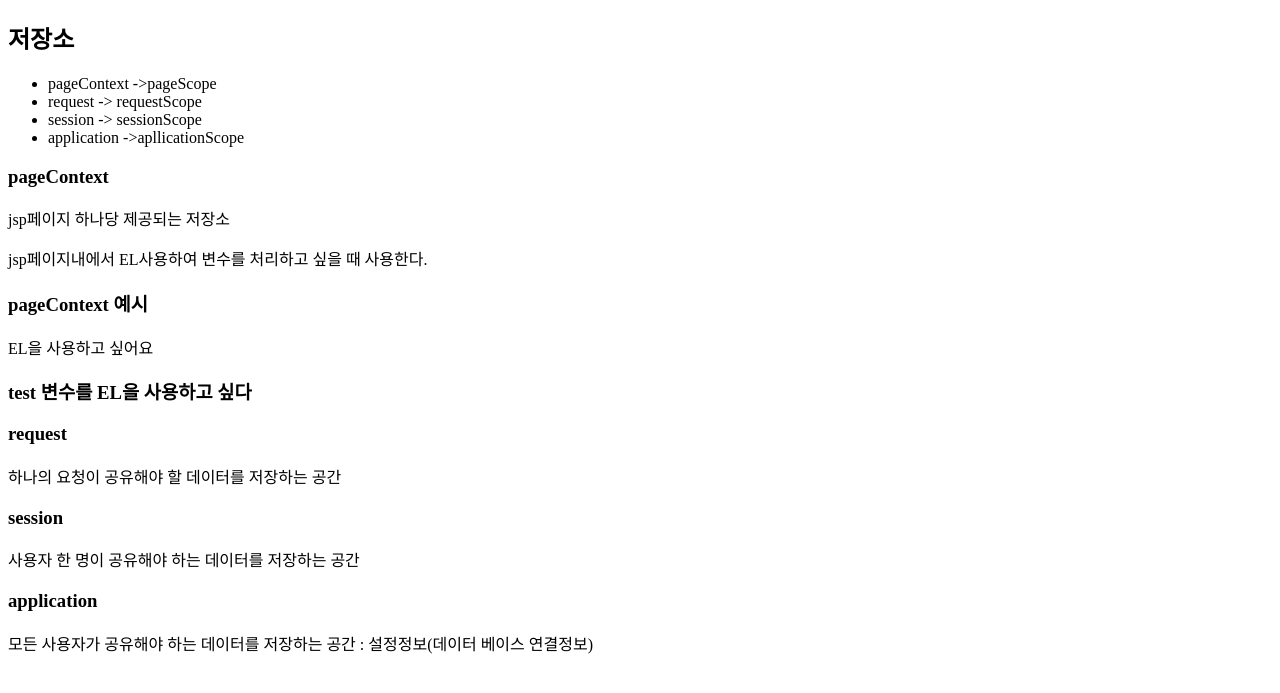
Repository: nobley3/EclipseIDE
Page: http://localhost/ELprj0908/el2
These files come from the project's save history. The page is drawn as it stood at one moment and after the next save; the edit follows.
The browser window is 1280 px wide. The pictures show the whole page.
The page is served by Tomcat 9.

Above is the page before, as saved 2023-09-08 01:26:08.

After the next save:
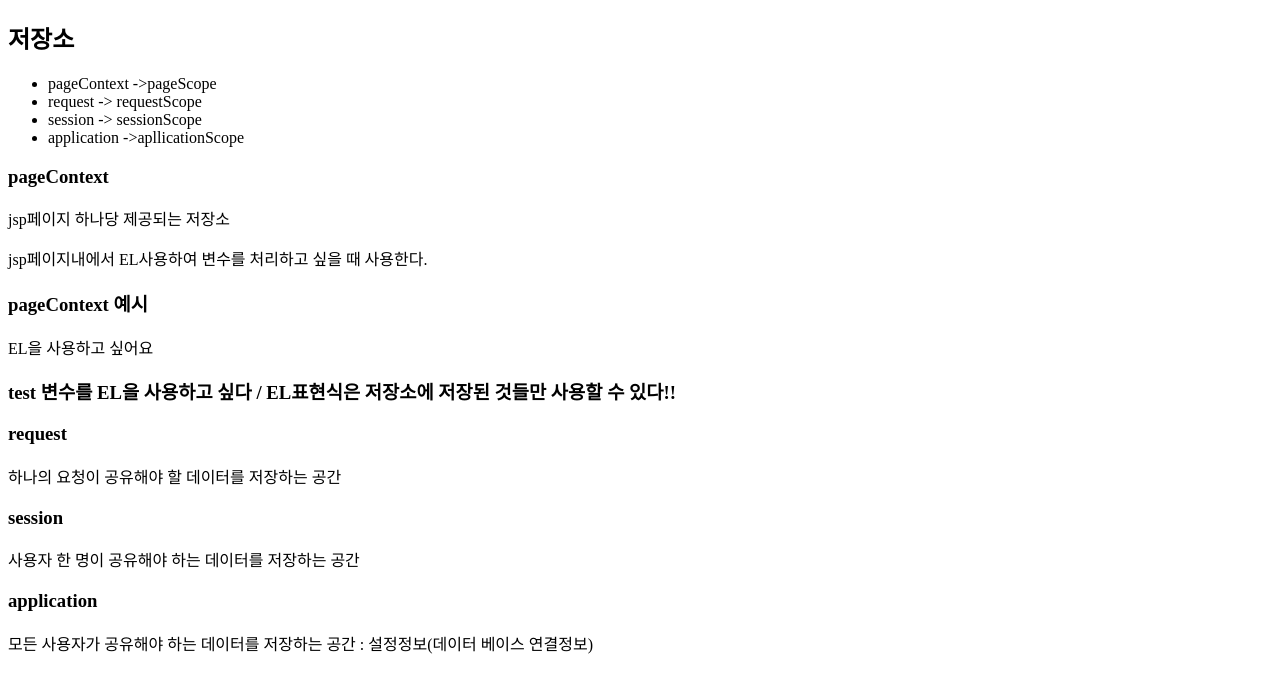
Saved 97 s later.
--- a/ELprj0908/src/main/webapp/WEB-INF/views/el2.jsp
+++ b/ELprj0908/src/main/webapp/WEB-INF/views/el2.jsp
@@ -23,8 +23,9 @@
 <h3>pageContext 예시</h3>
 <%String test="EL을 사용하고 싶어요"; %>
 <%=test %>
-<h3>test 변수를 EL을 사용하고 싶다</h3>
+<h3>test 변수를 EL을 사용하고 싶다 / EL표현식은 저장소에 저장된 것들만 사용할 수 있다!!</h3>
 ${test}
+<%pageContext.setAttribute("test", test); %>
 
 <h3>request</h3>
 <p>하나의 요청이 공유해야 할 데이터를 저장하는 공간</p>
